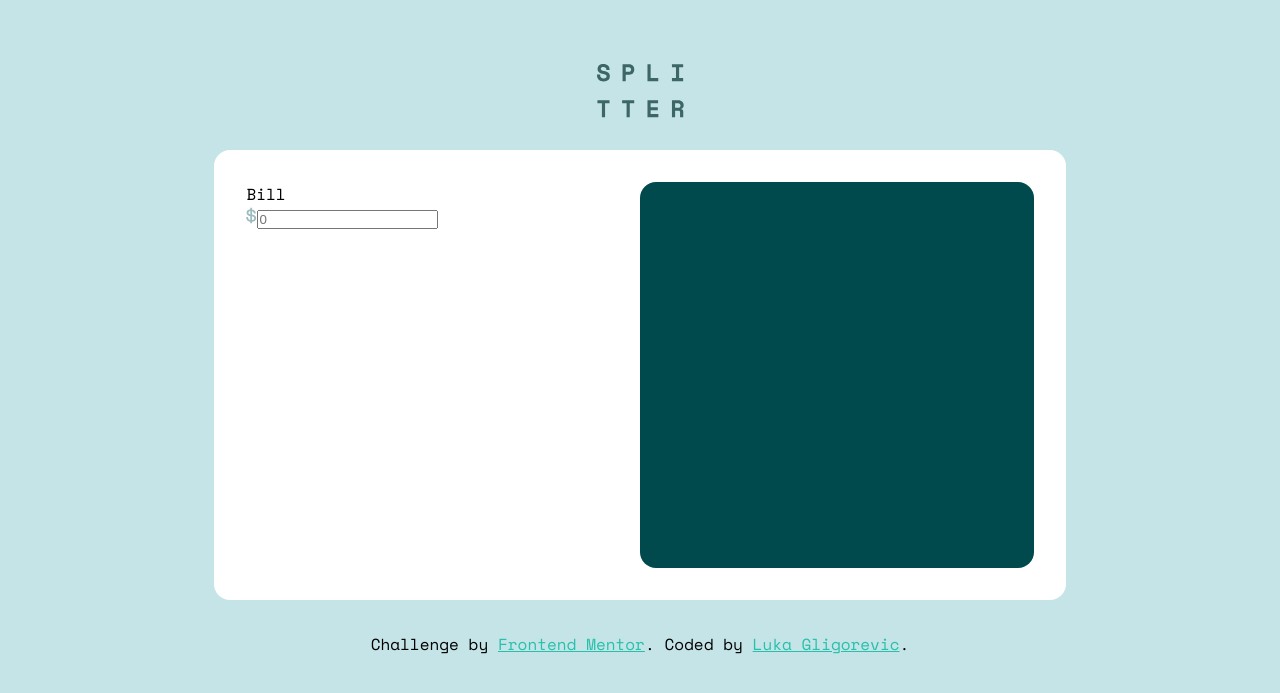
Repository: gligor99/tip-fmentor
Page: /
The author's editor kept a copy of each file at every save. The page is drawn from the files as they stood at one save, then again after the next save.
The browser window is 1280 px wide. The pictures show the whole page.
The project was rebuilt for these pictures with package versions that can differ from the ones it lists, and the page was loaded fresh each time.

Above is the page before, as saved 2021-11-26 21:40:45.

After the next save:
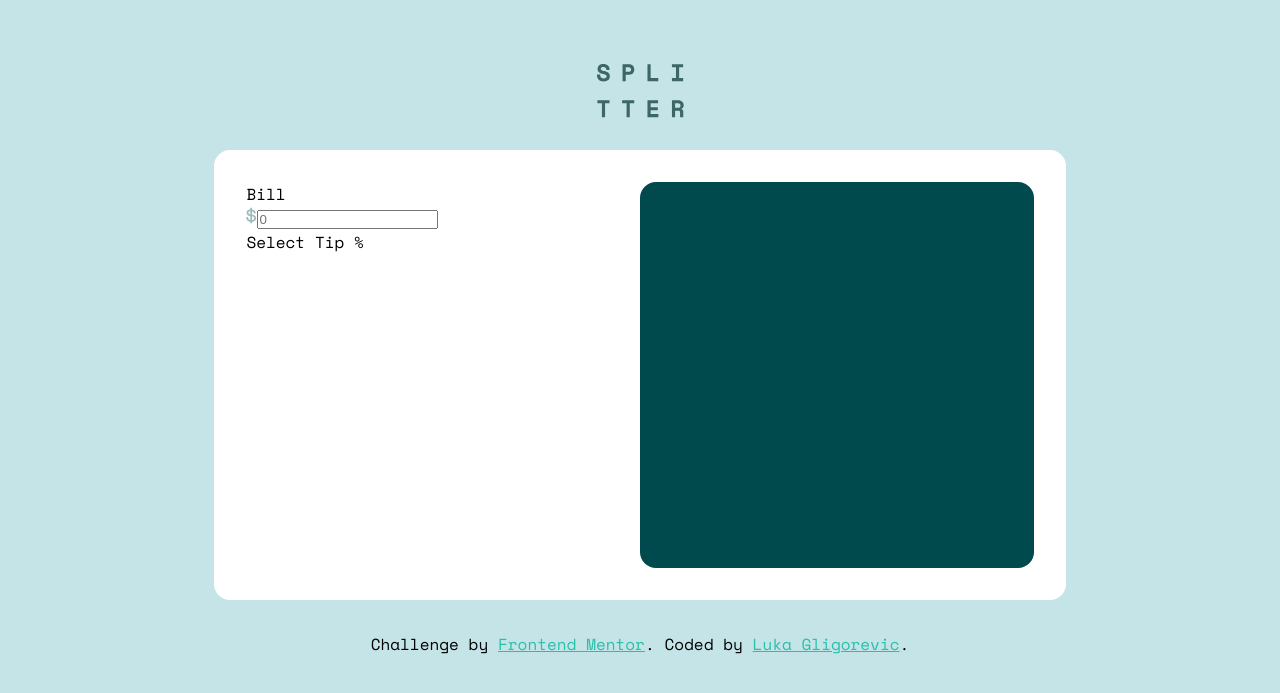
Saved 76 s later.
--- a/src/components/Tipper.tsx
+++ b/src/components/Tipper.tsx
@@ -10,6 +10,7 @@ const Tipper = () => {
                 <img src={iconDollar} alt="dollarIcon" />
                 <input type="text" placeholder="0" />
             </div>
+            <label htmlFor="select-tip">Select Tip %</label>
           </form>
       </div>
       <div className="right-side"></div>
